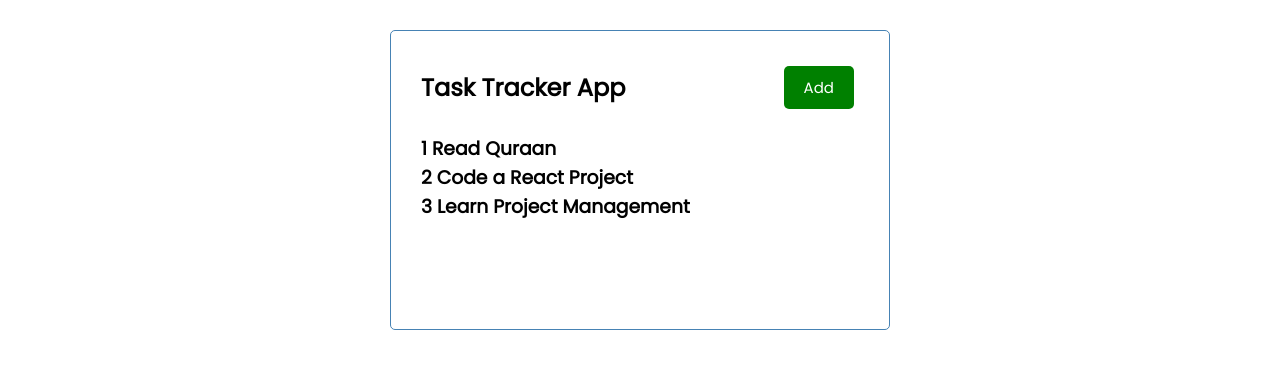
Repository: feyroozecode/task_tracker
Page: /
An editor plug-in stored every save of this project. The page is shown before and after the next save, followed by the edit.
The browser window is 1280 px wide. The pictures show the whole page.
The project was rebuilt for these pictures with package versions that can differ from the ones it lists, and the page was loaded fresh each time.

Above is the page before, as saved 2023-10-20 07:02:16.

After the next save:
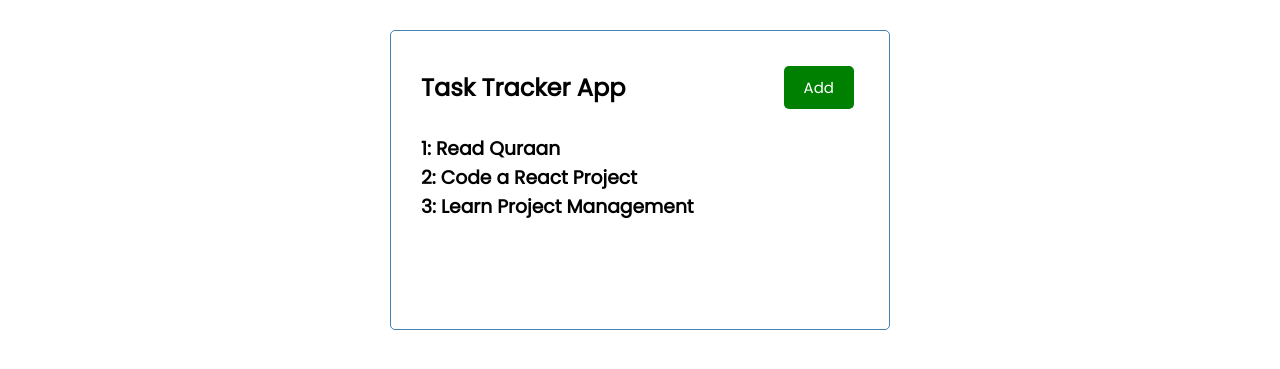
Saved 5 s later.
--- a/src/components/Tasks.js
+++ b/src/components/Tasks.js
@@ -47,7 +47,7 @@ const Tasks = () => {
     return (
        <>
        {
-        tasks.map((task) => ( <>  <h3 key={task.id}>{ task.id } {task.text} </h3> </> ))
+        tasks.map((task) => ( <>  <h3 key={task.id}>{ task.id }:  {task.text} </h3> </> ))
        }
        </>
     );
